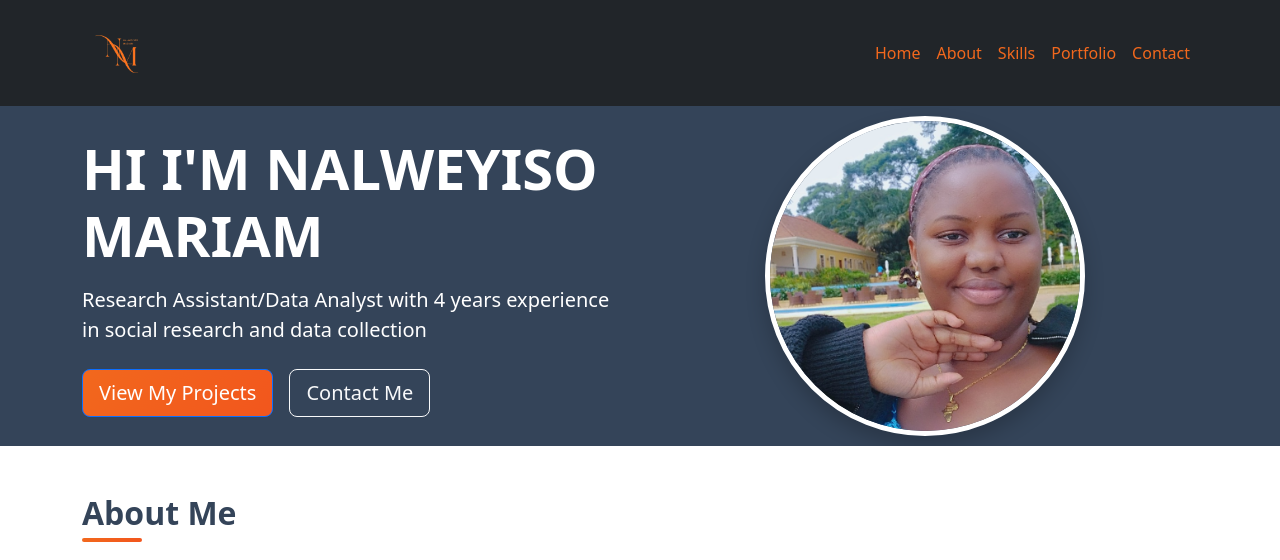
Repository: NalweMari/My-Personal-Portfolio
Page: index.html
These files come from the project's save history. The page is drawn as it stood at one moment and after the next save; the edit follows.
The browser window is 1280 px wide. The pictures show the part of the page from y = 0 to 560 px (the page is 3723 px tall).
A picture or video elsewhere on the page could not be fetched, so the positions and the page height are approximate.

Above is the page before, as saved 2025-12-05 18:12:39.
Console error (its wording comes from the project's code and is left out).

After the next save:
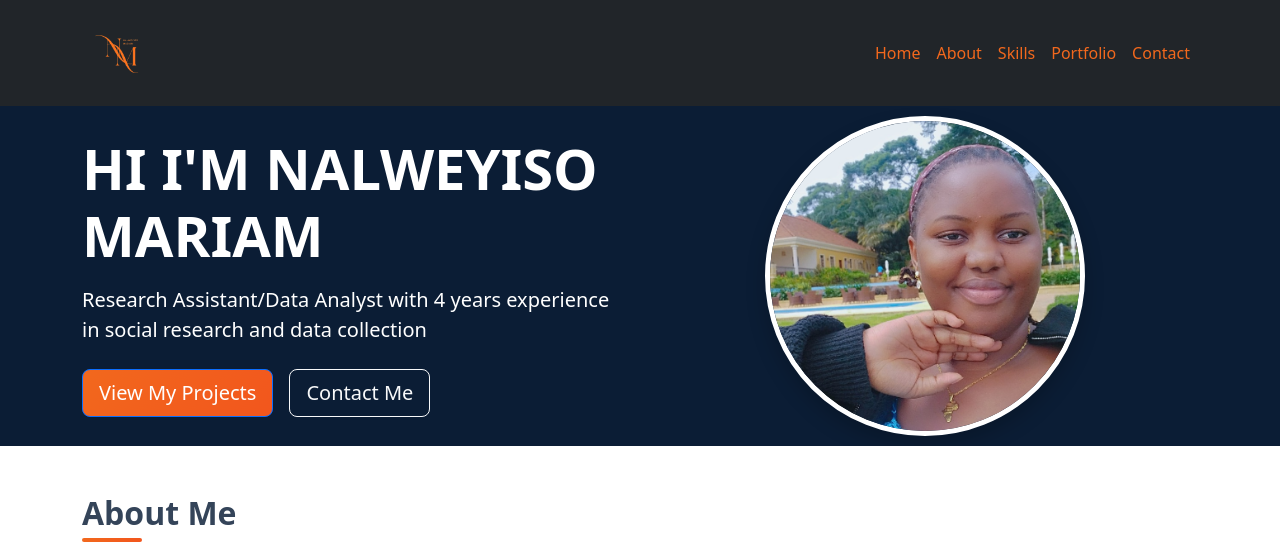
Saved 9 s later.
--- a/Style.css
+++ b/Style.css
@@ -18,7 +18,7 @@
 
         /* Hero Section */
         .hero-section {
-            background-color: #344459;
+            background-color: #0b1d35;
             color: white;
             padding: 10px 0 10px;
             position: relative;
